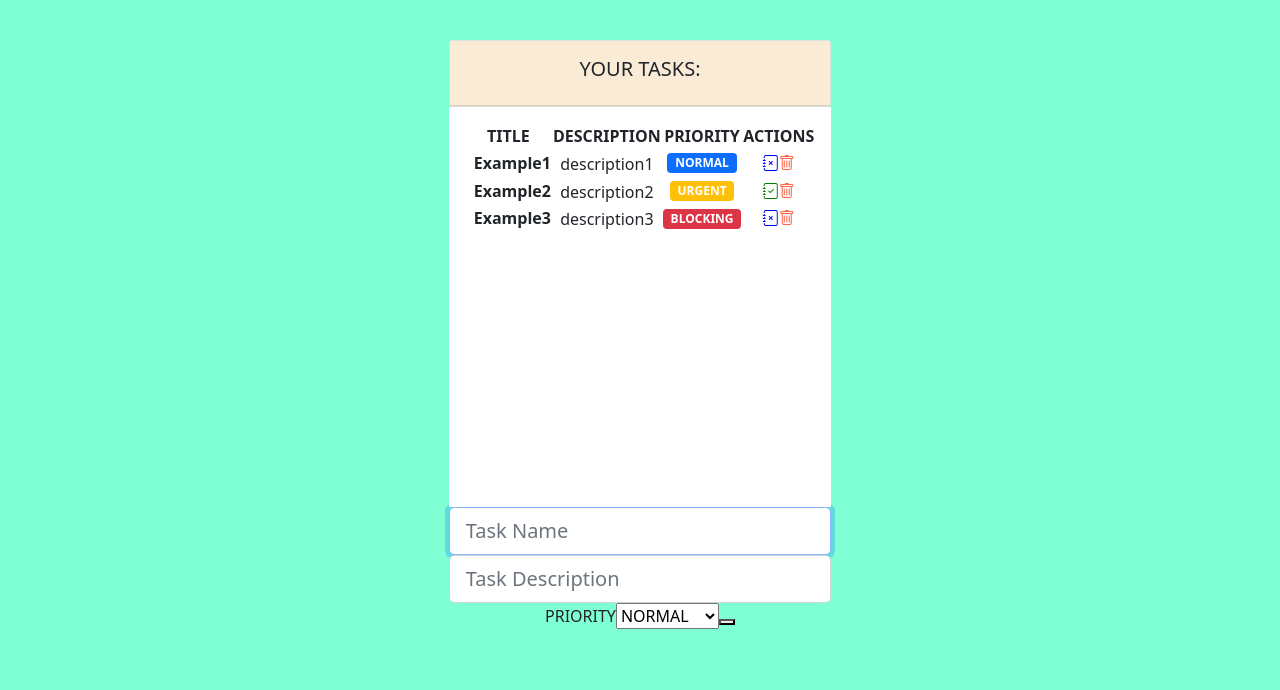
Repository: abgdev1997/proyecto-evo
Page: /
An editor plug-in stored every save of this project. The page is shown before and after the next save, followed by the edit.
The browser window is 1280 px wide. The pictures show the whole page.
The project was rebuilt for these pictures with package versions that can differ from the ones it lists, and the page was loaded fresh each time.

Above is the page before, as saved 2022-01-27 16:53:43.

### src/index.js
import React from 'react';
import ReactDOM from 'react-dom';
import 'bootstrap/dist/css/bootstrap.css';
import 'bootstrap-icons/font/bootstrap-icons.css';
import './index.css';
import App from './App';

ReactDOM.render(
  <React.StrictMode>
    <App />
  </React.StrictMode>,
  document.getElementById('root')
);

### src/index.css
body{
    display: flex;
    align-items: center;
    justify-content: center;
    padding-top: 40px;
    padding-bottom: 40px;
    background-color: aquamarine;
}

### src/App.js
import './App.css';
import TaskList from './components/container/task_list';

function App() {
  return (
    <div className="App">
        {/* Componente de listado de tareas */}
        <TaskList></TaskList>
    </div>
  );
}

export default App;

### src/components/container/task_list.jsx
import React, {useState, useEffect} from 'react';
import {Task} from '../../models/levels.class'
import { LEVELS } from '../../models/levels.enum';
import TaskComponent from '../pure/task_component'
import '../../styles/task.scss'
import TaskForm from '../pure/forms/taskForm';

const TaskList = () => {

    const defaultTask1 = new Task('Example1', 'description1', false, LEVELS.NORMAL);
    const defaultTask2 = new Task('Example2', 'description2', true, LEVELS.URGENT);
    const defaultTask3 = new Task('Example3', 'description3', false, LEVELS.BLOCKING);




    //Estados del componente
    const [tasks, setTasks] = useState([defaultTask1, defaultTask2, defaultTask3]);
    const [loading, setLoading] = useState(true);

    //Control de ciclo de vida del componente
    useEffect(() => {
        console.log('Task State has been modified');
        setLoading(false);
        return () => {
            console.log('TaskList component is going to unmount');
        };
    }, [tasks]);
    const changeCompleted = (task) => {
        console.log('Change this task:', task)
        //Conseguimos el index de la tarea que queremos cambiar
        const index = tasks.indexOf(task);
        //Guardamos la lista de tareas dentro de una variable temporal
        const tempTasks = [...tasks]
        //Cambiamos el valor completed de la tarea que ya existe con el indice index
        tempTasks[index].completed = !tempTasks[index].completed
        //Actualizamos todas las tareas para introducir la que ha cambiado
        setTasks(tempTasks);
    }

    const deleteTask = (task) => {
        console.log('Deleting this task:', task)
        //Conseguimos el index de la tarea que queremos borrar
        const index = tasks.indexOf(task);
        //Guardamos la lista de tareas dentro de una variable temporal
        const tempTasks = [...tasks];
        //Borramos la tarea con splice(indice, numero de borrado hacia delante(en este caso solo es 1, la tarea a la que nos referimos))
        tempTasks.splice(index,1);
        setTasks(tempTasks);
    }

    const addTask = (task) => {
        console.log('Creating this task:', task)
        //Guardamos la lista de tareas dentro de una variable temporal
        const tempTasks = [...tasks];
        //Añadimos la tarea nueva a la lista temporal
        tempTasks.push(task);
        //Sustituimos la antigua lista por la lista temporal
        setTasks(tempTasks);
    }

    return (
        <div>
            {/* Dividimos el contenedor en 12 columnas */}
            <div className='col-12'>
                {/* Usamos la class card */}
                <div className='card'>
                    {/* CARD HEADER (TITLE) */}
                    {/* card-header es la cabecera de la carta, p-3 es padding 3 */}
                    <div className='card-header p-3' style={{backgroundColor:'antiquewhite'}}>
                        <h5>
                            YOUR TASKS:
                        </h5>
                    </div>
                </div>
                {/* CARD BODY (CONTENT) */}
                <div
                className='card-body'
                data-mdb-perfect-scrollbar='true'
                style={ {position: 'relative', height:'400px', backgroundColor:'white'}
                }>
                    <table>
                        <thead>
                            <tr>
                                <th scope='col'>TITLE</th>
                                <th scope='col'>DESCRIPTION</th>
                                <th scope='col'>PRIORITY</th>
                                <th scope='col'>ACTIONS</th>
                            </tr>
                        </thead>
                        <tbody>
                            {tasks.map((task, index) => <TaskComponent
                                                            completed={changeCompleted}
                                                            remove={deleteTask}
                                                            key={index}
                                                            task={task}>
                                                            </TaskComponent>)}
                        </tbody>
                    </table>
                </div>
            </div>
            <TaskForm add={addTask}></TaskForm>
        </div>
    );
};


export default TaskList;

### src/models/levels.class.js
import { LEVELS } from "./levels.enum";

export class Task {
    name = 'o';
    description = '';
    completed = false;
    level = LEVELS.NORMAL;

    constructor(name, description, completed, level){
        this.name = name;
        this.description = description;
        this.completed = completed;
        this.level = level;
    }
}

### src/models/levels.enum.js
export const LEVELS = {
    NORMAL: 'NORMAL',
    URGENT: 'URGENT',
    BLOCKING:'BLOCKING',
}

### src/components/pure/task_component.jsx
import React, {useEffect} from 'react';
import PropTypes from 'prop-types';
import { Task } from '../../models/levels.class';
import { LEVELS } from '../../models/levels.enum';


const TaskComponent = ({task, completed, remove}) => {

    useEffect(() => {
        console.log('Created task')
        return () => {
            console.log(`Task: ${task.name} is going to unmount...`)
        };
    }, [task]);

    function taskLevelBadge(){
        switch (task.level) {
            case LEVELS.NORMAL:
                return(<h6 className='mb-0'><span className='badge bg-primary'>{task.level}</span></h6>);
            case LEVELS.URGENT:
                return(<h6 className='mb-0'><span className='badge bg-warning'>{task.level}</span></h6>);
            case LEVELS.BLOCKING:
                return(<h6 className='mb-0'><span className='badge bg-danger'>{task.level}</span></h6>);
            default:
                break;
        }
    }

    function taskCompletedIcon(){
        if(task.completed){
            return(<i onClick={() => completed(task)} className='bi bi-journal-check task-action' style={{color: 'green', fontWeight:'bold'}}></i>);
        }else{
            return(<i onClick={() => completed(task)} className='bi bi-journal-x task-action' style={{color: 'blue', fontWeight:'bold'}}></i>);
        }
    }

    return (

        <tr className='fw-normal'>
            <th>
                {/* ms-2 Margin 2 */}
                <span className='ms-2'>{task.name}</span>
            </th>
            <td>
                {/* align-middle alinea al centro */}
                <span className='align-middle'>{task.description}</span>
            </td>
            <td>
                {/* <span className='align-middle'>{task.level}</span> */}
                {taskLevelBadge()}
            </td>
            <td>
                {/* <span className='align-middle'>{task.completed ? 'COMPLETED' : 'PENDING'}</span> */}
                {taskCompletedIcon()}
                <i onClick={() => remove(task)} className='bi-trash task-action' style={{color:'tomato', fontWeight:'bold'}}></i>
            </td>
        </tr>

        // <div>
        //     <h2>
        //         Name: {task.name}
        //     </h2>
        //     <h3>
        //         Description: {task.description}
        //     </h3>
        //     <h4>
        //         Level: {task.level}
        //     </h4>
        //     <h5>
        //         This task is: {task.completed ? 'COMPLETED' : 'PENDING'}
        //     </h5>
        // </div>
    );
};


TaskComponent.propTypes = {
    task: PropTypes.instanceOf(Task).isRequired,
    completed: PropTypes.func.isRequired,
    remove: PropTypes.func.isRequired,
};


export default TaskComponent;

### src/styles/task.scss
.task-action {
    cursor: pointer;
}

### src/components/pure/forms/taskForm.jsx
import React, {useRef} from 'react';
import PropTypes from 'prop-types';
import { LEVELS } from '../../../models/levels.enum';
import { Task } from '../../../models/levels.class';


const TaskForm = ({add}) => {

    const nameRef = useRef('');
    const descriptionRef = useRef('');
    const levelRef = useRef(LEVELS.NORMAL);



    const addTask = (e) => {
        //Prevenimos la recarga automatica de pagina
        e.preventDefault();
        //Construimos la nueva tarea con los valores referenciados
        const newTask = new Task(
            nameRef.current.value,
            descriptionRef.current.value,
            false,
            levelRef.current.value
        );
        //Añadimos la tarea usando la funcion que viene del padre
        add(newTask);
    }

    return (
        <form onSubmit={addTask} className='d-flex justify-content-center align-items-center'>
            <div className='form-outline flex-fill'>
                <input ref={nameRef} id='inputName' type='text' className='form-control form-control-lg'required autoFocus placeholder='Task Name'></input>
                <input ref={descriptionRef} id='descriptionName' type='text' className='form-control form-control-lg'required placeholder='Task Description'></input>
                <label htmlFor='selectLevel' className='sr-only'>PRIORITY</label>
                <select ref={levelRef} defaultValue={LEVELS.NORMAL} id='selectLevel'>
                    <option value={LEVELS.NORMAL}>
                        NORMAL
                    </option>
                    <option value={LEVELS.URGENT}>
                        URGENT
                    </option>
                    <option value={LEVELS.BLOCKING}>
                        BLOCKING
                    </option>
                </select>
                <button type='submit'></button>
            </div>
        </form>
    );
};


TaskForm.propTypes = {
    add: PropTypes.func.isRequired,
};


export default TaskForm;

Loaded but not shown: public/index.html (common file); src/App.css (common file)

After the next save:
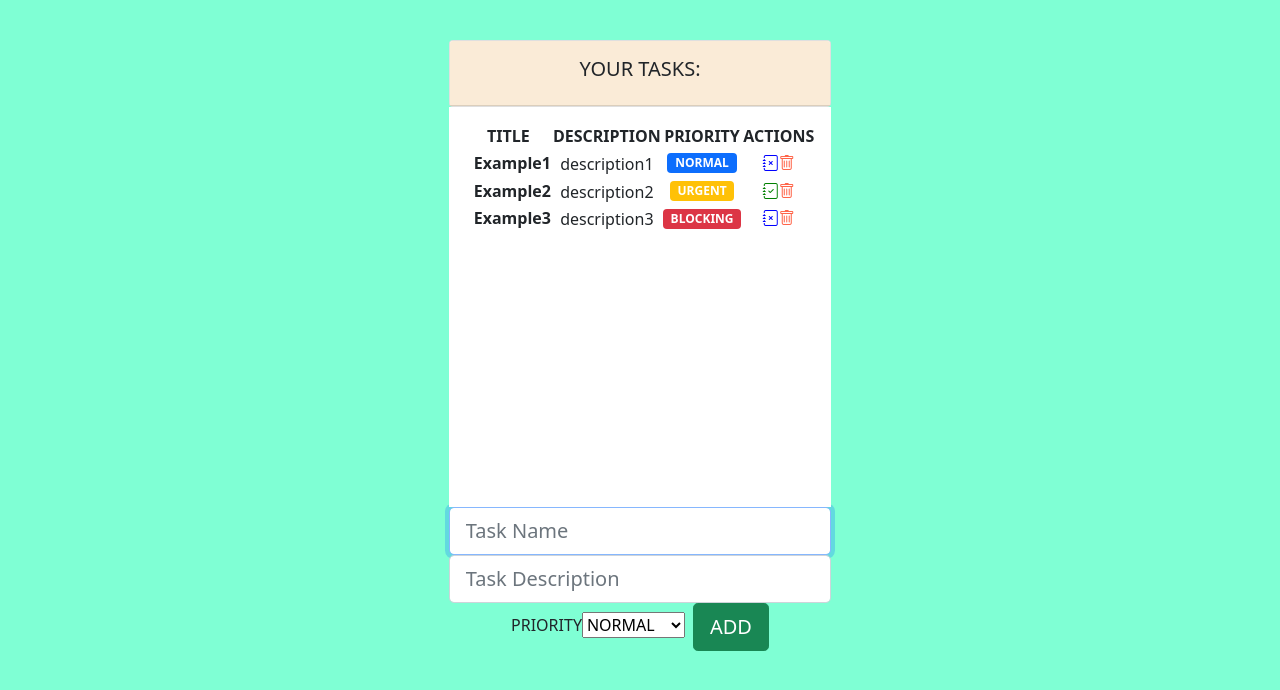
Saved 2 min 8 s later.
--- a/src/components/pure/forms/taskForm.jsx
+++ b/src/components/pure/forms/taskForm.jsx
@@ -43,7 +43,9 @@ const TaskForm = ({add}) => {
                         BLOCKING
                     </option>
                 </select>
-                <button type='submit'></button>
+                <button type='submit' className='btn btn-success btn-lg ms-2'>
+                    ADD
+                </button>
             </div>
         </form>
     );
